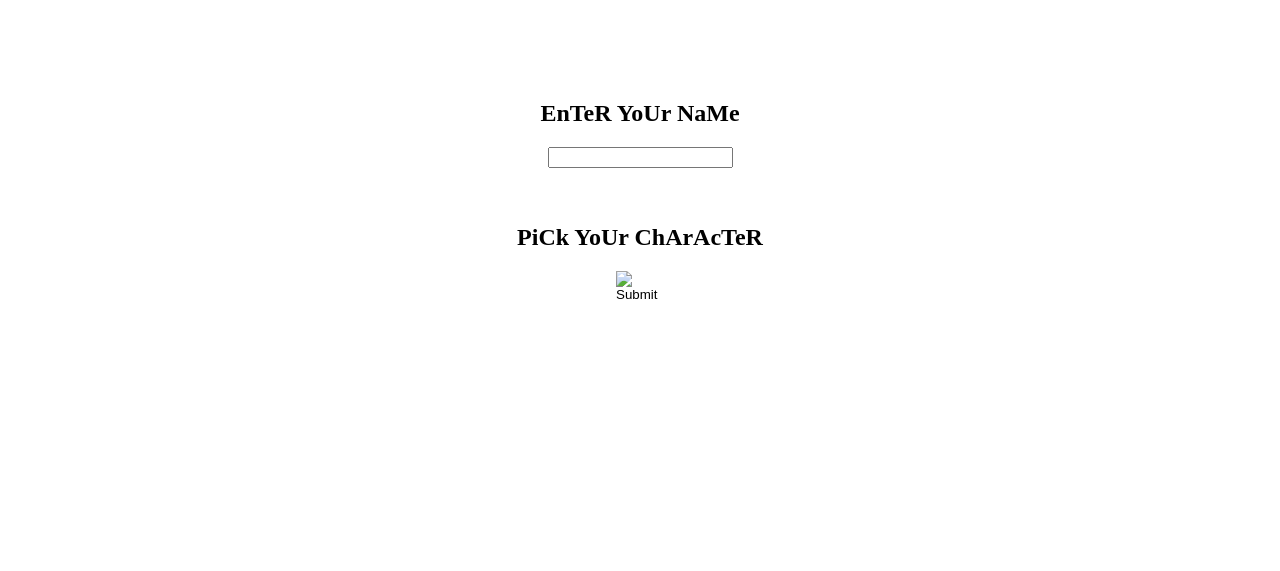
Repository: mutuz786/GameProject
Page: gameproject-app/WebContent/index.html
These files come from the project's save history. The page is drawn as it stood at one moment and after the next save; the edit follows.
The browser window is 1280 px wide. The pictures show the whole page.

Above is the page before, as saved 2020-06-09 14:03:55.
Not found: gameproject-app/WebContent/boy.png

After the next save:
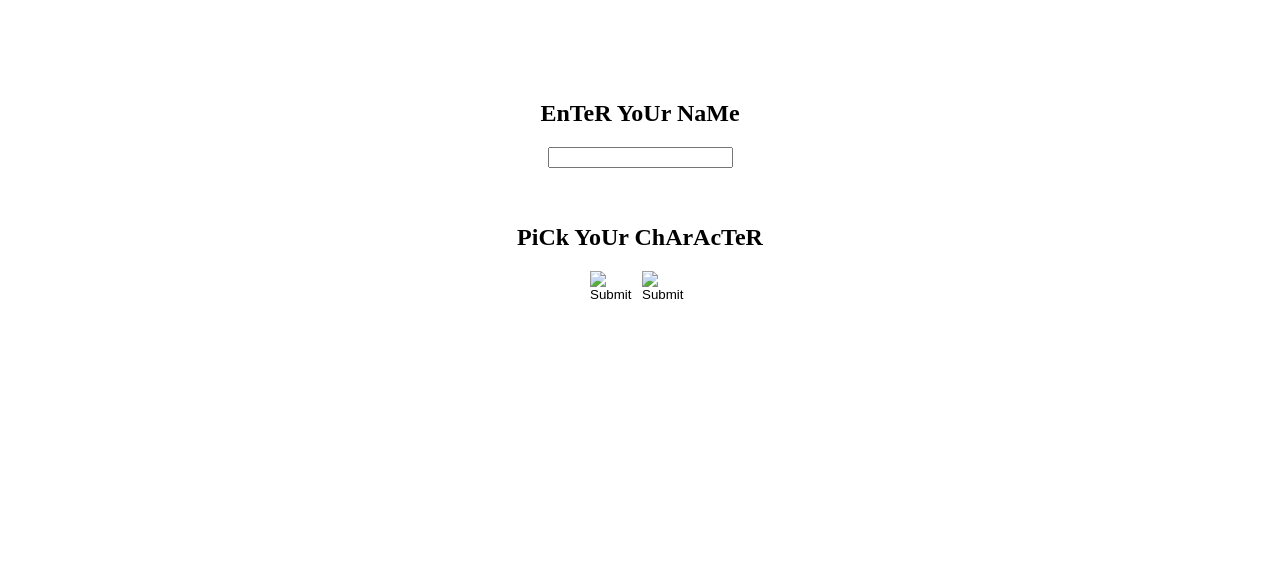
Not found: gameproject-app/WebContent/girl.png
Saved 39 s later.
--- a/gameproject-app/WebContent/index.html
+++ b/gameproject-app/WebContent/index.html
@@ -15,6 +15,8 @@
 		<h2>PiCk YoUr ChArAcTeR</h2>
 		<input type="image" src="boy.png" alt="Submit" width="48"
 			height="48">
+		<input type="image" src="girl.png" alt="Submit" width="48"
+			height="48">
 
 	</div>
 </body>

After the 2 saves that followed:
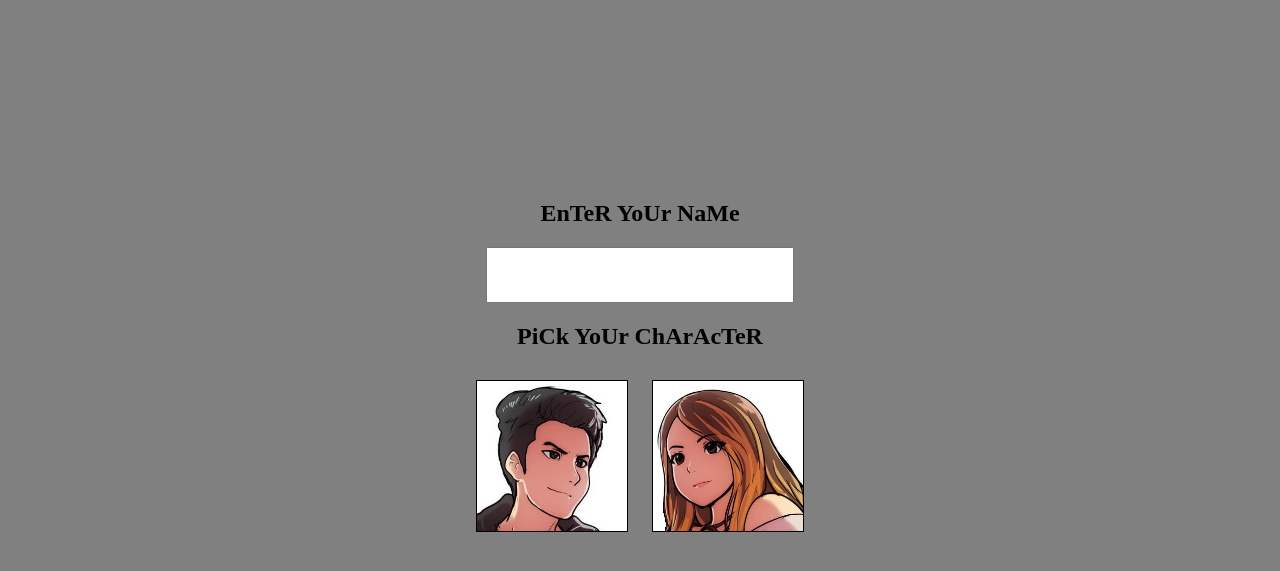
The 2 saves are shown as one change because they came seconds apart.
The last was saved 7 min 27 s later.
--- a/gameproject-app/WebContent/index.html
+++ b/gameproject-app/WebContent/index.html
@@ -1,23 +1,49 @@
 <!DOCTYPE html>
 <html>
 <head>
-<meta charset="ISO-8859-1">
 <title>Game</title>
+<style>
+body {
+	background-color: gray;
+	background-repeat: no-repeat;
+	background-size: 100% 100%;
+}
+
+.buttons {
+	margin: 10px;
+	width: 150px;
+	height: 150px;
+	border: 1px solid black;
+}
+
+.buttons:hover {
+	transform: scale(1.1, 1.1);
+}
+
+.texts {
+	width: 300px;
+	height: 50px;
+	text-align: center;
+	font-size: 30px;
+	font-family: cursive;
+}
+
+.start {
+	margin-top: 200px;
+}
+</style>
+<script type="text/javascript" src="gameTerminal.js"></script>
 </head>
 <body>
-	<br>
-	<br>
-	<br>
-	<br>
-	<div align="center">
+	<div id="start" class="start" align="center">
 		<h2>EnTeR YoUr NaMe</h2>
-		<input ="text" id="name" width=100 /> <br> <br> <br>
+		<input ="text" class="texts" id="name" spellcheck="false"
+			autocapitalize="characters" style="text-transform: uppercase;" />
 		<h2>PiCk YoUr ChArAcTeR</h2>
-		<input type="image" src="boy.png" alt="Submit" width="48"
-			height="48">
-		<input type="image" src="girl.png" alt="Submit" width="48"
-			height="48">
+		<input class="buttons" type="image" name="male" src="male.png"
+			onclick="male()"> <input class="buttons" type="image"
+			name="female" src="female.png" onclick="female()">
+	</div>
 
-	</div>
 </body>
 </html>
